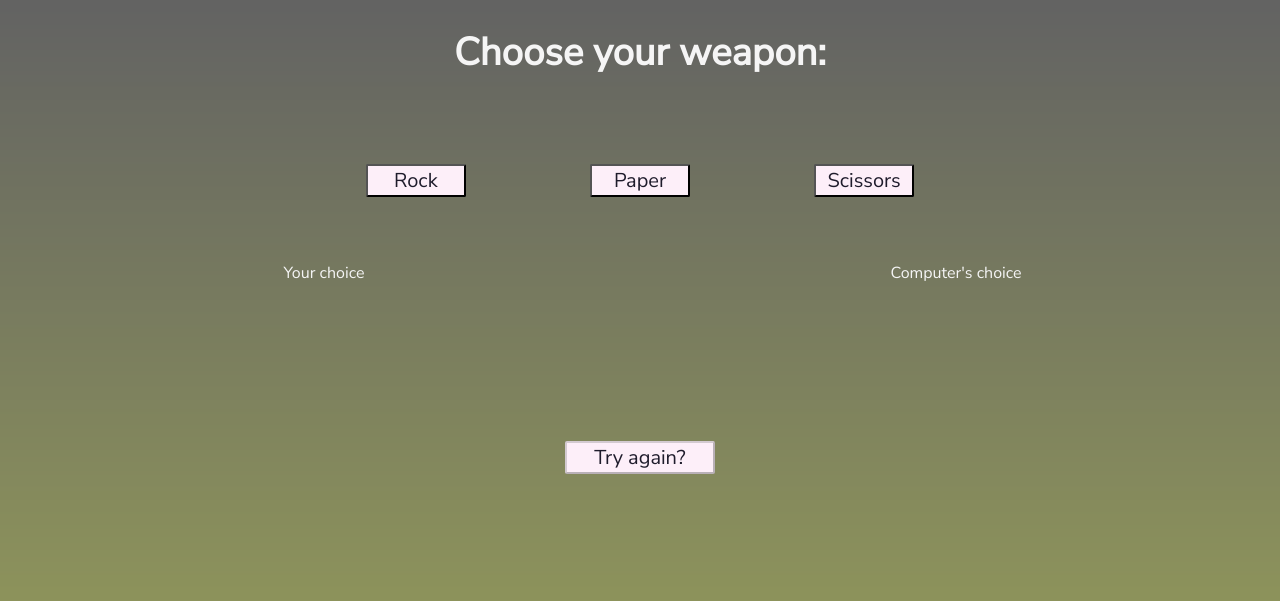
Repository: keianasnell/Rock-Paper-Scissors
Page: index.html
The author's editor kept a record of every edit. The page is drawn from the files as they stood at one moment, then again after the next edit.
The browser window is 1280 px wide. The pictures show the whole page.

Above is the page before.

After the next edit:
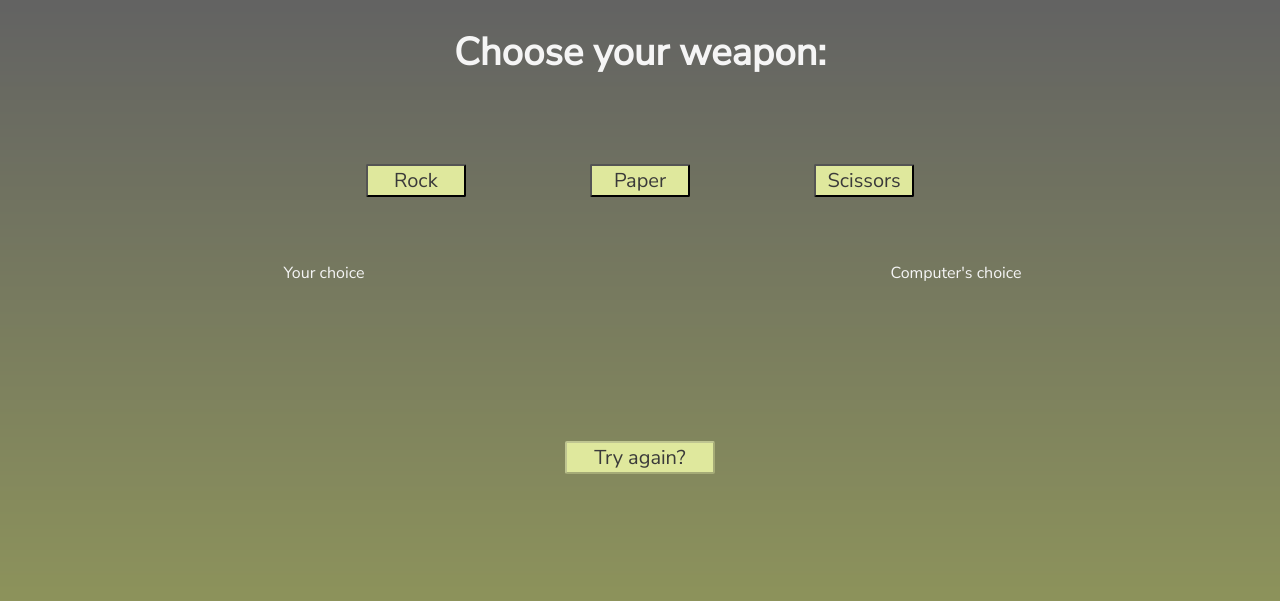
The edit:
--- a/styles/index.css
+++ b/styles/index.css
@@ -20,8 +20,8 @@
 }
 
 .btn {
-  background-color: #fdeff9;
-  color: #1F1C2C;
+  background-color: #dfe89d;
+  color: #3a3a3a;
   width: 100px;
   font-size: 20px;
   border-radius: 2px;
